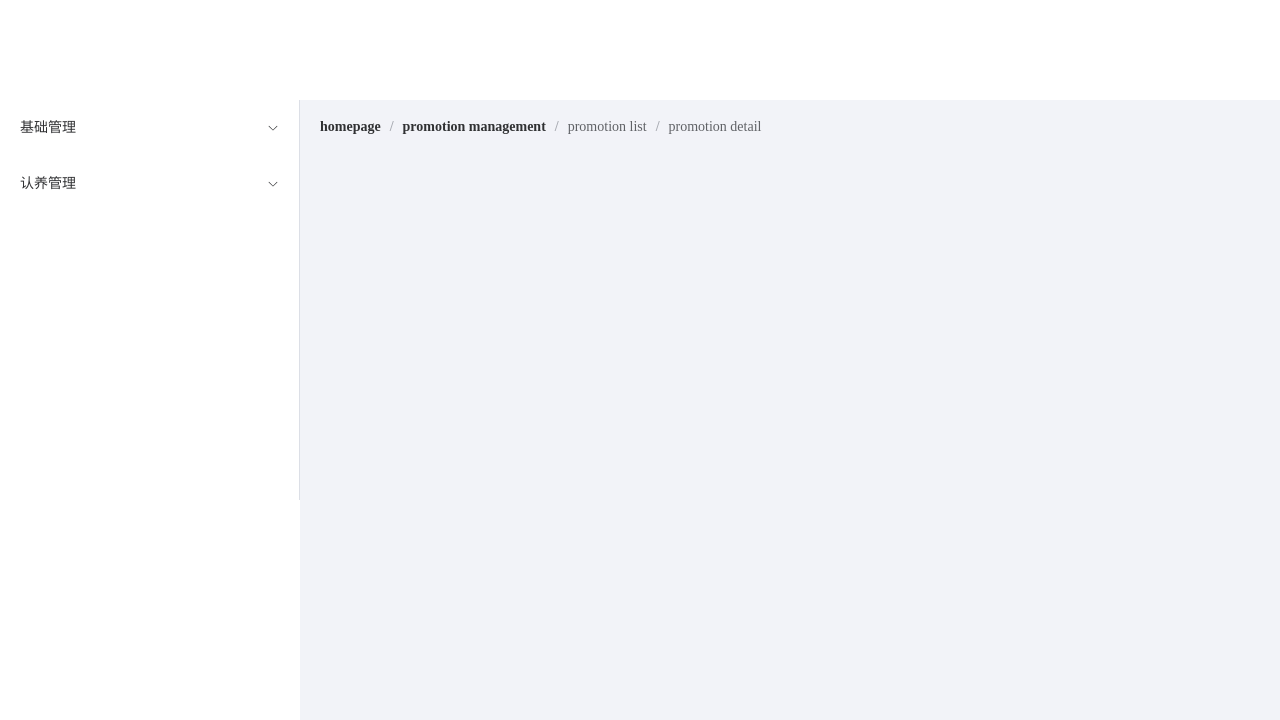
Repository: secret47/test-office-demo
Page: /dashboard/basic/farm
These files come from the project's save history. The page is drawn as it stood at one moment and after a run of saves; the edit follows.
The browser window is 1280 px wide. The pictures show the whole page.
The project was rebuilt for these pictures with package versions that can differ from the ones it lists, and the page was loaded fresh each time. Also part of the build but not shown: vite.config.js.

Above is the page before, as saved 2024-10-28 17:48:13.

After the next 2 saves:
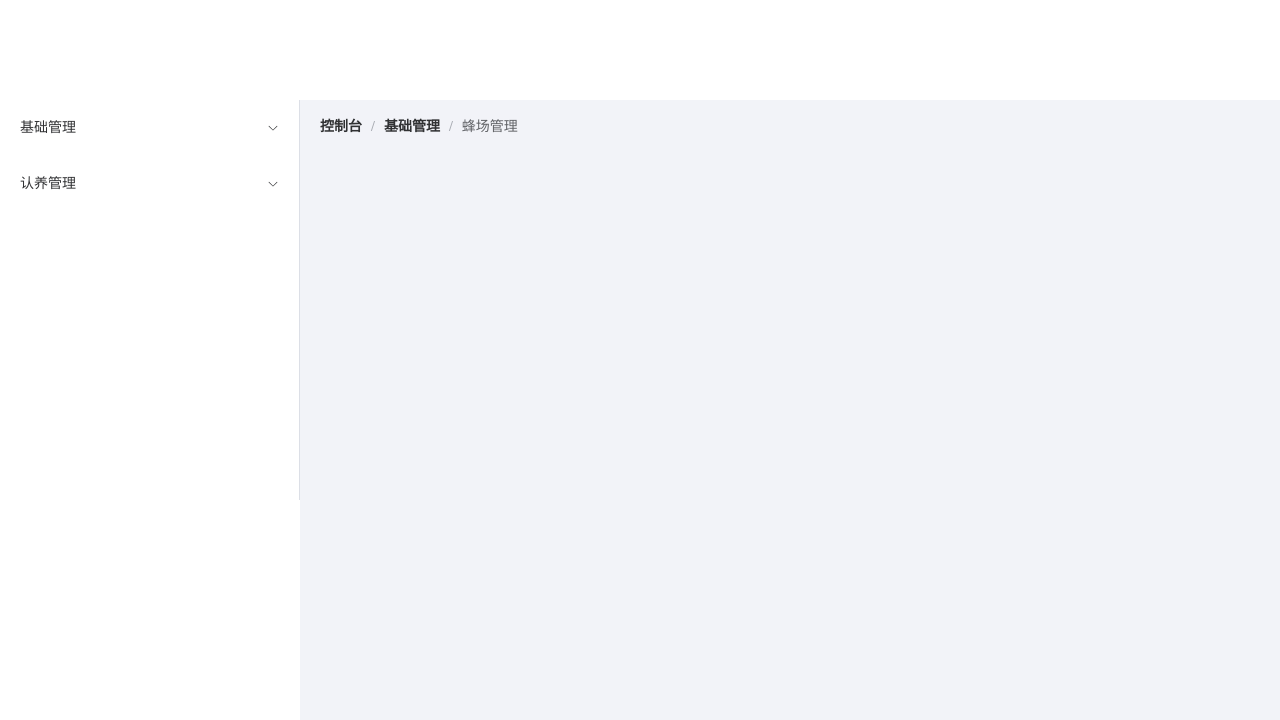
The 2 saves are shown as one change because they came seconds apart.
The last was saved 24 s later.
--- a/src/layouts/index.vue
+++ b/src/layouts/index.vue
@@ -14,10 +14,9 @@
                 <el-main>
                     <div class="bread">
                         <el-breadcrumb separator="/">
-                            <el-breadcrumb-item :to="{ path: '/' }">homepage</el-breadcrumb-item>
-                            <el-breadcrumb-item><a href="/">promotion management</a></el-breadcrumb-item>
-                            <el-breadcrumb-item>promotion list</el-breadcrumb-item>
-                            <el-breadcrumb-item>promotion detail</el-breadcrumb-item>
+                            <el-breadcrumb-item :to="{ path: '/' }">控制台</el-breadcrumb-item>
+                            <el-breadcrumb-item><a href="/">基础管理</a></el-breadcrumb-item>
+                            <el-breadcrumb-item>蜂场管理</el-breadcrumb-item>
                         </el-breadcrumb>
                     </div>
                     <router-view></router-view>
